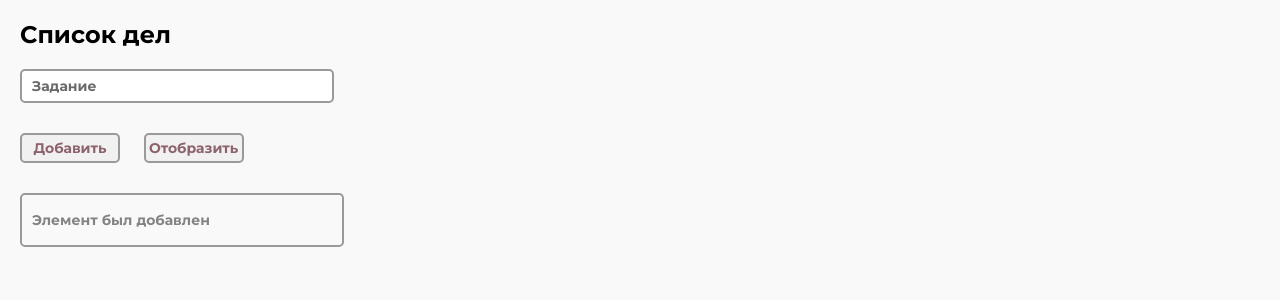
Repository: andbaik/it_unit9
Page: index.html
An editor plug-in stored every save of this project. The page is shown before and after the next save, followed by the edit.
The browser window is 1280 px wide. The pictures show the whole page.
After loading, the first visible `#add_btn` was clicked once.

Above is the page before, as saved 2021-04-11 13:21:55.

### index.html
<!DOCTYPE html>
<html lang="ru">
<head>
    <meta charset="UTF-8">
    <meta http-equiv="X-UA-Compatible" content="IE=edge">
    <meta name="viewport" content="width=device-width, initial-scale=1.0">
    <title>Список дел</title>
    <link rel="stylesheet" href="/css/style.css">
</head>
<body>

    <head>
        <h1>Список дел</h1>
    </head>
    <section>
        <input type="text" name="task" id="task" value="Задание">
        <div class="btn-block">
        <button id="add_btn" class="add-task btn">Добавить</button>
        <button id="show_btn" class="show-task btn">Отобразить</button>
        </div>
        <div id="result"> Элемент был добавлен</div>
        <div class="block"></div>
    </section>
    <script src="https://ajax.googleapis.com/ajax/libs/jquery/3.6.0/jquery.min.js"></script>
    <script>
        let count = 0;
        let task = [];
        $("#add_btn").on('click',function(){
            count++;
            let taskVal = $("input").val();
            let task = [taskVal];
            $("#result").css("display", "block");
            setTimeout( function(){$("#result").hide()}, 2000);
            /*$('<div>').attr({'class':'add_item'}).css({'display':'none'}).insertAfter ("#result");
                $(".add_item").html("<h1>"+'Задание #'+count+' ' +task+"</h1>").appendTo($('.block'));*/

        });
        $("#show_btn").on('click',function(){
            /*$(".add_item").css("display", "block");*/
            for (i=0; i<task.length; i++)
                {
                    $('<div>').attr({'class':'add_item'}).insertAfter ("#result");
                $(".add_item").html("<h1>"+'Задание #'+count+' ' +task[i]+"</h1>").appendTo($('.block'));
                }
            });
    </script>
<!--$('body').append('<p>This is the text in new element.<p>');
    $(".add_item").html("<h1>"+'Задание #'+count+' ' +task+"</h1>");
-->

</body>
</html>

### css/style.css
@import url('https://fonts.googleapis.com/css2?family=Montserrat:wght@400;700&display=swap');

* {
    margin: 0;
    padding: 0;
    font-family: 'Montserrat', sans-serif;
    font-size: 14px;
}

body {
    margin: 20px;
    background-color: #FAF9FA;

}

h1 {
    font-size: 24px;
}

input {
    width: 300px;
    height: 30px;
    border: 2px solid #9B9A9B;
    border-radius: 5px;
    color: #6B6A6B;
    outline: none;
    padding-left: 10px;
    font-weight: 700;
    margin: 20px 0;
}

input:focus{
    border-color: #8C636B;
    color: #8C636B;
}

section .btn-block{
    margin: 10px 0;
}

.btn {
    width: 100px;
    height: 30px;
    background-color: #F2F1F2;
    color: #8C636B;
    border: 2px solid #9B9A9B;
    border-radius: 5px;
    font-weight: 700;
    outline: none;

}

.btn:hover {
    border-color: rgb(151, 24, 24);
    background-color: #8C636B;
    color: white;
}

.show-task{
    margin-left: 20px;
}

#result {
    width: 300px;
    height: 30px;
    border: 2px solid #9B9A9B;
    border-radius: 5px;
    line-height: 30px;
    font-weight: 700;
    color: #848384;
    padding: 10px;
    margin: 30px 0;
    display:none;
}

.add-el{
    color: #5C5B5C;
}

After the next save:
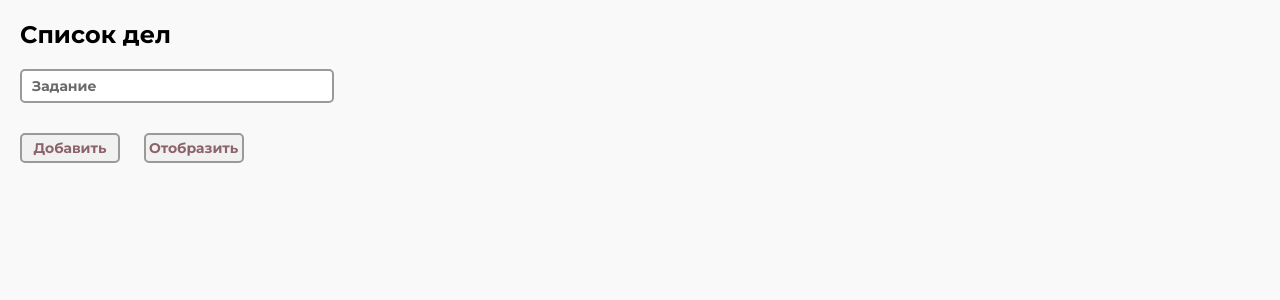
Console error: ReferenceError: taskVal is not defined
Saved 12 s later.
--- a/index.html
+++ b/index.html
@@ -27,7 +27,7 @@
         let task = [];
         $("#add_btn").on('click',function(){
             count++;
-            let taskVal = $("input").val();
+            let taskval = $("input").val();
             let task = [taskVal];
             $("#result").css("display", "block");
             setTimeout( function(){$("#result").hide()}, 2000);

After the save that followed:
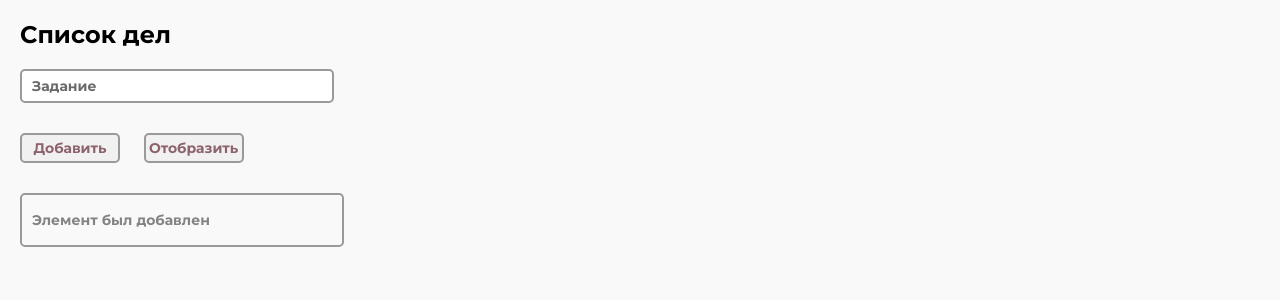
The error is gone.
Saved 5 s later.
--- a/index.html
+++ b/index.html
@@ -28,7 +28,7 @@
         $("#add_btn").on('click',function(){
             count++;
             let taskval = $("input").val();
-            let task = [taskVal];
+            let task = [taskval];
             $("#result").css("display", "block");
             setTimeout( function(){$("#result").hide()}, 2000);
             /*$('<div>').attr({'class':'add_item'}).css({'display':'none'}).insertAfter ("#result");
